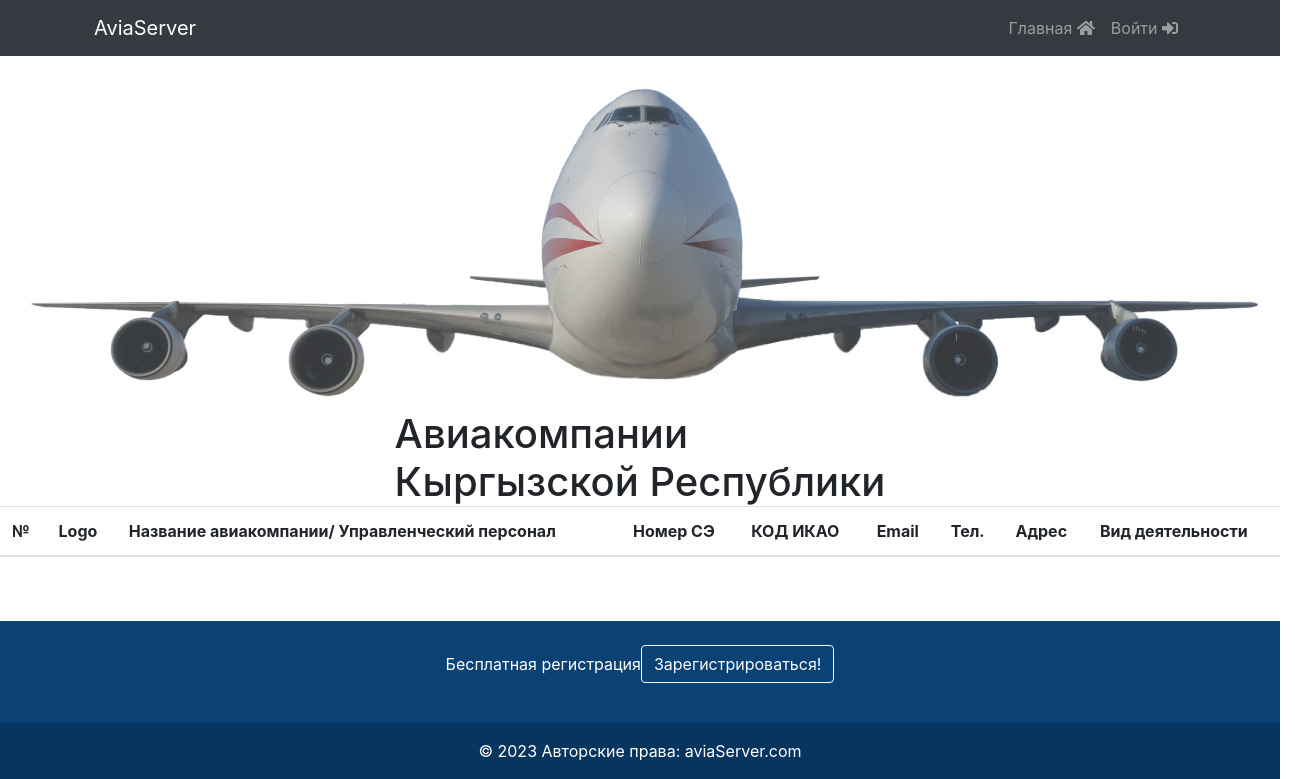
Repository: sulimonn/aviaServer
Page: products/templates/products/index.html
An editor plug-in stored every save of this project. The page is shown before and after the next save, followed by the edit.
The browser window is 1280 px wide. The page is 1295 px wide, so the pictures cover 1295 px, including what lies to the right of the window. The pictures show the whole page.
Some web libraries are served in a nearby version. The template is drawn by Django 4.2. The application's start-up code is not run. The template is opened directly, without the code that normally fills it, so the values that code supplies are empty.

Above is the page before, as saved 2023-08-13 22:46:42.

After the next save:
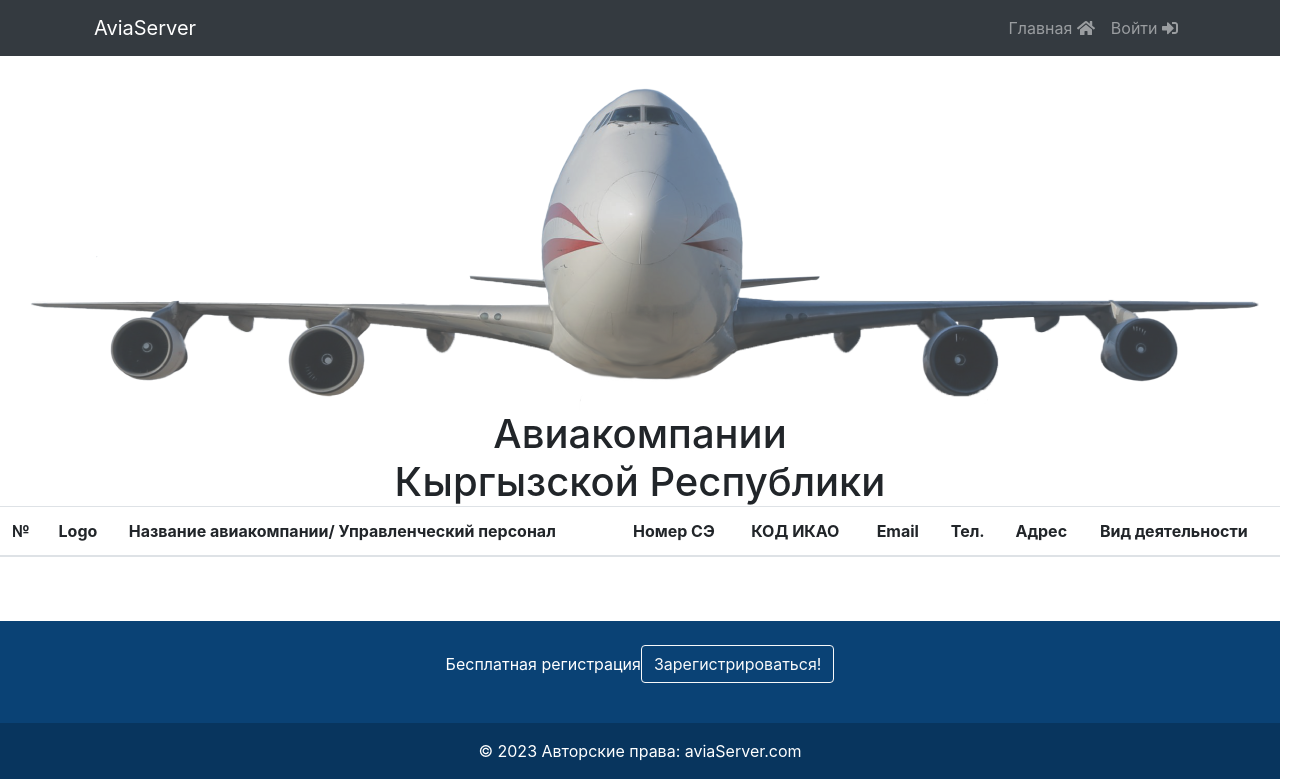
Saved 33 s later.
--- a/products/templates/products/index.html
+++ b/products/templates/products/index.html
@@ -11,7 +11,7 @@
     <img class="m-auto" src="/media/img/carusel.png">
 </div>
 <div class="d-flex">
-    <h1 class="m-auto">Авиакомпании <br> Кыргызской Республики</h1>
+    <h1 align="center" class="m-auto">Авиакомпании <br> Кыргызской Республики</h1>
 </div>
 <table class="table">
   <thead>
